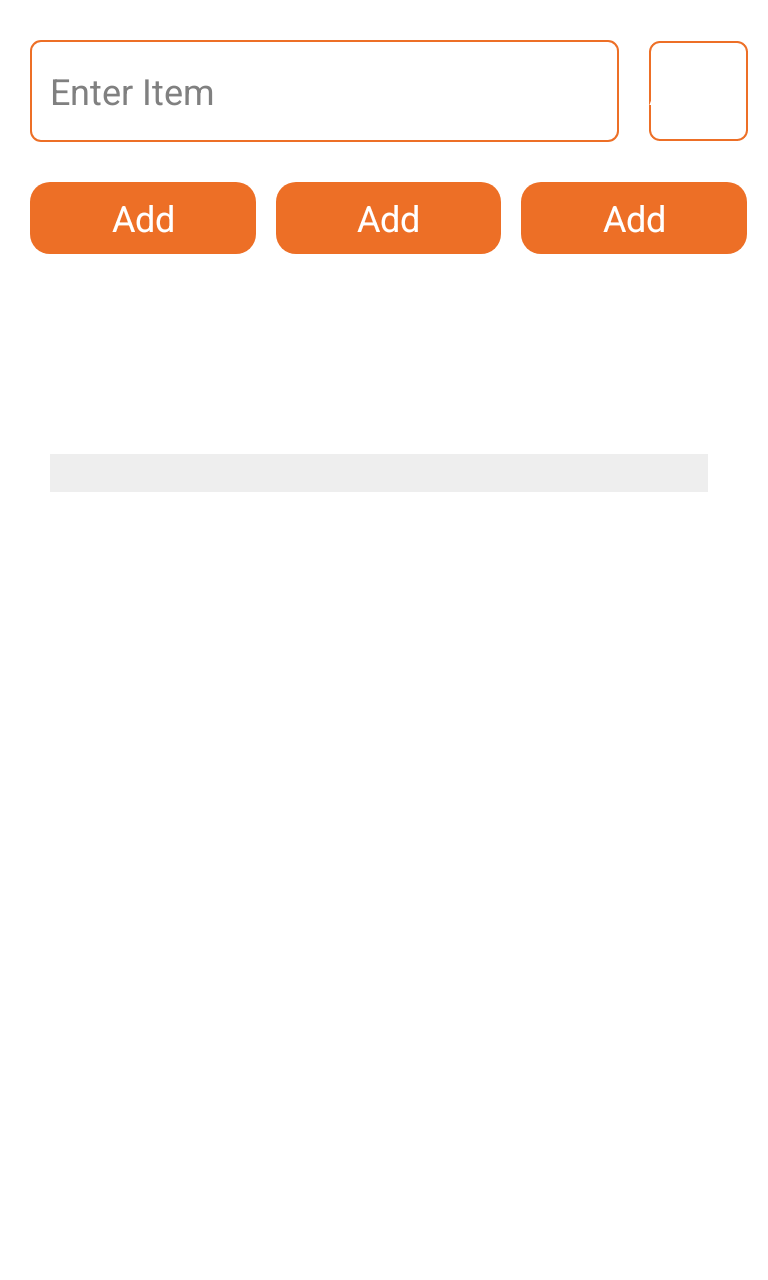
Repository: ianDervan/FYP_ShopSmart
Layout: FYP/ShopSmart/res/layout/activity_shopping_list.xml
The author's editor kept a copy of each file at every save. The layout is drawn from the files as they stood at one save, then again after the next save.
It is drawn on a 768 x 1280 px phone screen (xhdpi) without system bars, with theme AppTheme; the app's code is not run.

Above is the layout before, as saved 2015-01-16 20:57:38.

### FYP/ShopSmart/res/layout/activity_shopping_list.xml
<?xml version="1.0" encoding="utf-8"?>
<LinearLayout xmlns:android="http://schemas.android.com/apk/res/android"
     android:layout_width="match_parent"
     android:layout_height="match_parent"
     android:orientation="vertical"
     android:padding="10dip" >

    <LinearLayout
        android:layout_width="fill_parent"
        android:layout_height="wrap_content"
        android:orientation="horizontal" >

        <AutoCompleteTextView
            android:id="@+id/autocomplete_country"
            android:layout_width="0dp"
            android:layout_height="51dp"
            android:layout_marginLeft="5dp"
            android:layout_marginTop="10dp"
            android:layout_weight=".9"
            android:background="@drawable/customeditext"
            android:dropDownWidth="340dp"
            android:hint="Enter Item"
            android:paddingLeft="10dp" />

        <EditText
            android:id="@+id/quantity"
            android:layout_width="0dp"
            android:layout_height="50dp"
            android:layout_weight="0.15"
            android:layout_marginLeft="15dp"
            android:layout_marginTop="10dp"
            android:background="@drawable/customeditext"
            android:text="Add"
            android:textColor="#FFFFFF" />
    </LinearLayout>

    <LinearLayout
        android:layout_width="fill_parent"
        android:layout_height="wrap_content"
        android:layout_marginTop="10dp"
        android:layout_marginLeft="5dp"
        android:orientation="horizontal" >

        <Button
            android:id="@+id/Button02"
            android:layout_width="0dp"
            android:layout_height="36dp"
            android:layout_marginTop="10dp"
            android:layout_weight="0.1"
            android:background="@drawable/custombutton_lr"
            android:text="Add"
            android:textColor="#FFFFFF" />

        <Button
            android:id="@+id/Button01"
            android:layout_width="0dp"
            android:layout_height="36dp"
            android:layout_weight="0.1"
            android:layout_marginLeft="10dp"
            android:layout_marginTop="10dp"
            android:background="@drawable/custombutton_lr"
            android:text="Add"
            android:textColor="#FFFFFF" />

        <Button
            android:id="@+id/btn_2"
            android:layout_width="0dp"
            android:layout_height="36dp"
            android:layout_weight="0.1"
            android:layout_marginLeft="10dp"
            android:layout_marginTop="10dp"
            android:background="@drawable/custombutton_lr"
            android:text="Add"
            android:textColor="#FFFFFF" />
    </LinearLayout>

     <LinearLayout
         android:layout_width="fill_parent"
         android:layout_height="wrap_content"
         android:layout_marginTop="50dp"
         android:orientation="vertical" >


         <ScrollView
             android:id="@+id/ScrollView01"
             android:layout_width="match_parent"
             android:layout_height="0dp"
             android:layout_weight="1.20"
             android:layout_marginTop="50dp" >

             <TextView
                 android:id="@+id/txtMsg"
                 android:layout_width="match_parent"
                 android:layout_height="wrap_content"
                 android:layout_marginLeft="15dp"
                 android:layout_marginRight="20dp"
                 android:background="#ffeeeeee" />
         </ScrollView>

     </LinearLayout>
 </LinearLayout>

### FYP/ShopSmart/res/drawable/customeditext.xml
<?xml version="1.0" encoding="utf-8"?>

<shape xmlns:android="http://schemas.android.com/apk/res/android"
	android:shape="rectangle" android:padding="10dp">
	<solid android:color="#FFFFFF" />
	<corners
	    android:bottomRightRadius="5dp"
		android:bottomLeftRadius="5dp"
		android:topLeftRadius="5dp"
		android:topRightRadius="5dp" />
	<stroke android:width="1dip" android:color="#ED6F26"/>

</shape>

### FYP/ShopSmart/res/drawable/custombutton_lr.xml
<?xml version="1.0" encoding="utf-8"?>

<shape xmlns:android="http://schemas.android.com/apk/res/android"
     android:shape="rectangle">
     <solid android:color="#ED6F26"/>
     <corners android:bottomLeftRadius="10dp"
         android:bottomRightRadius="10dp"
         android:topLeftRadius="10dp"
         android:topRightRadius="10dp"/>
 </shape>

Loaded but not shown: FYP/ShopSmart/res/values/styles.xml (common file); FYP/ShopSmart/res/values-v11/styles.xml (common file); FYP/ShopSmart/res/values-v14/styles.xml (common file)

After the next save:
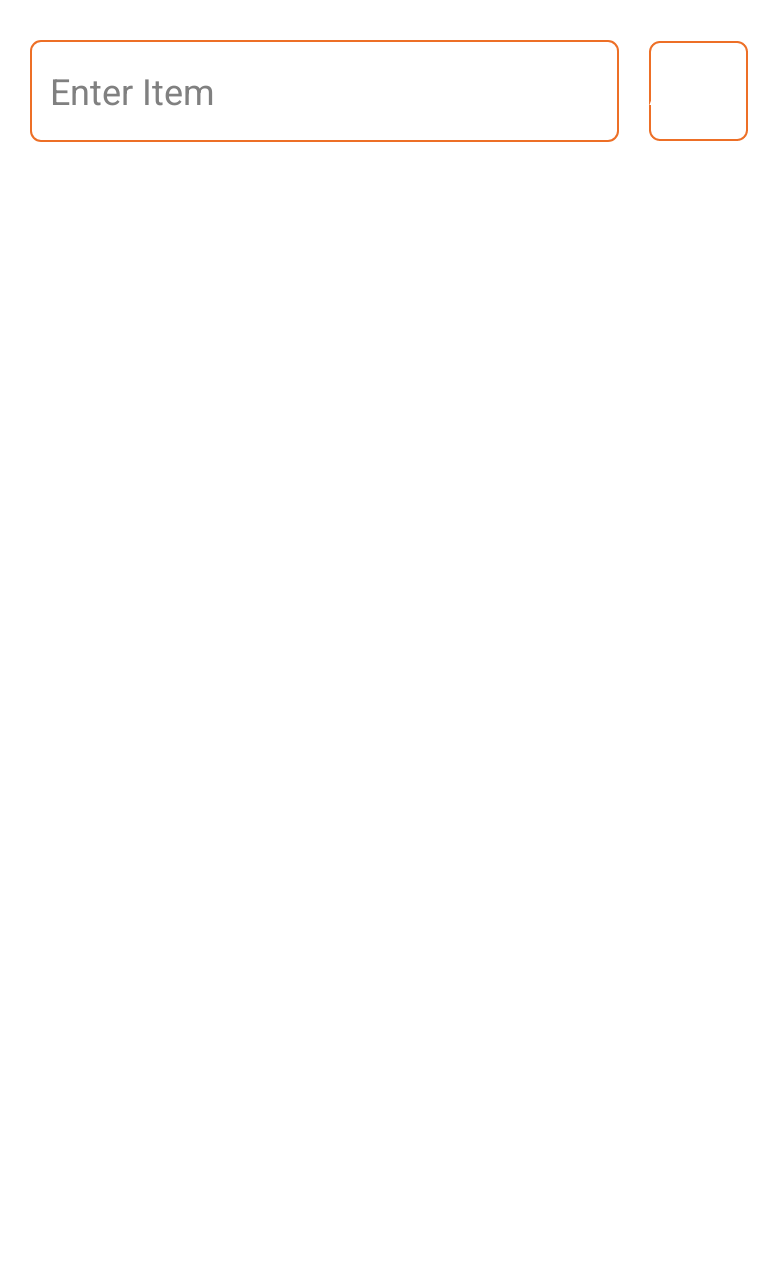
Saved 105 s later.
--- a/FYP/ShopSmart/res/layout/activity_shopping_list.xml
+++ b/FYP/ShopSmart/res/layout/activity_shopping_list.xml
@@ -34,46 +34,6 @@
             android:textColor="#FFFFFF" />
     </LinearLayout>
 
-    <LinearLayout
-        android:layout_width="fill_parent"
-        android:layout_height="wrap_content"
-        android:layout_marginTop="10dp"
-        android:layout_marginLeft="5dp"
-        android:orientation="horizontal" >
-
-        <Button
-            android:id="@+id/Button02"
-            android:layout_width="0dp"
-            android:layout_height="36dp"
-            android:layout_marginTop="10dp"
-            android:layout_weight="0.1"
-            android:background="@drawable/custombutton_lr"
-            android:text="Add"
-            android:textColor="#FFFFFF" />
-
-        <Button
-            android:id="@+id/Button01"
-            android:layout_width="0dp"
-            android:layout_height="36dp"
-            android:layout_weight="0.1"
-            android:layout_marginLeft="10dp"
-            android:layout_marginTop="10dp"
-            android:background="@drawable/custombutton_lr"
-            android:text="Add"
-            android:textColor="#FFFFFF" />
-
-        <Button
-            android:id="@+id/btn_2"
-            android:layout_width="0dp"
-            android:layout_height="36dp"
-            android:layout_weight="0.1"
-            android:layout_marginLeft="10dp"
-            android:layout_marginTop="10dp"
-            android:background="@drawable/custombutton_lr"
-            android:text="Add"
-            android:textColor="#FFFFFF" />
-    </LinearLayout>
-
      <LinearLayout
          android:layout_width="fill_parent"
          android:layout_height="wrap_content"
@@ -85,7 +45,6 @@
              android:id="@+id/ScrollView01"
              android:layout_width="match_parent"
              android:layout_height="0dp"
-             android:layout_weight="1.20"
              android:layout_marginTop="50dp" >
 
              <TextView
